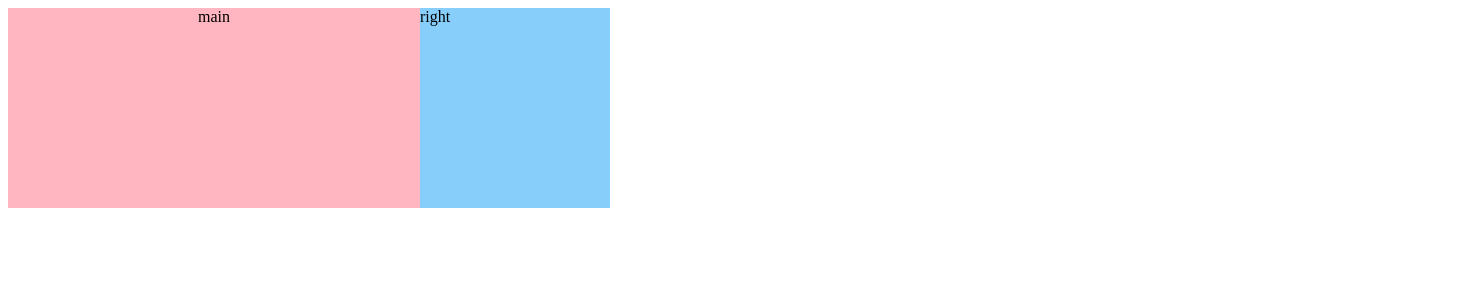
Repository: ljwrookie/Front-end-interview-handwritten-code
Page: 双飞翼布局.html
These files come from the project's save history. The page is drawn as it stood at one moment and after the next save; the edit follows.
The browser window is 1280 px wide. The page is 1280 px wide, then 1462 px, so the pictures cover 1462 px, including what lies to the right of the window. The pictures show the whole page.

Above is the page before, as saved 2022-04-07 14:15:43.

### 双飞翼布局.html
<!DOCTYPE html>
<html lang="en">
	<head>
		<meta charset="UTF-8" />
		<meta http-equiv="X-UA-Compatible" content="IE=edge" />
		<meta name="viewport" content="width=device-width, initial-scale=1.0" />
		<title>双飞翼布局</title>
		<style>
			.float {
				float: left;
			}
			#main {
				/* width: 80%; */
				height: 200px;
				/* margin: 0 190px 0 190px; */
				background-color: lightpink;
				/* overflow: auto; */
			}
			#main-wrap {
				/* width: 100%; */
				height: 100%;
				margin: 0 190px;
			}
			#left {
				width: 190px;
				height: 200px;
				background-color: lightsalmon;
				margin-left: -100%;
			}
			#right {
				width: 190px;
				height: 200px;
				background-color: lightskyblue;
				margin-right: -190px;
			}
		</style>
	</head>
	<body>
		<div id="main" class="float">
			<div id="main-wrap">main</div>
		</div>
		<div id="left" class="float">left</div>
		<div id="right" class="float">right</div>
	</body>
</html>

After the next save:
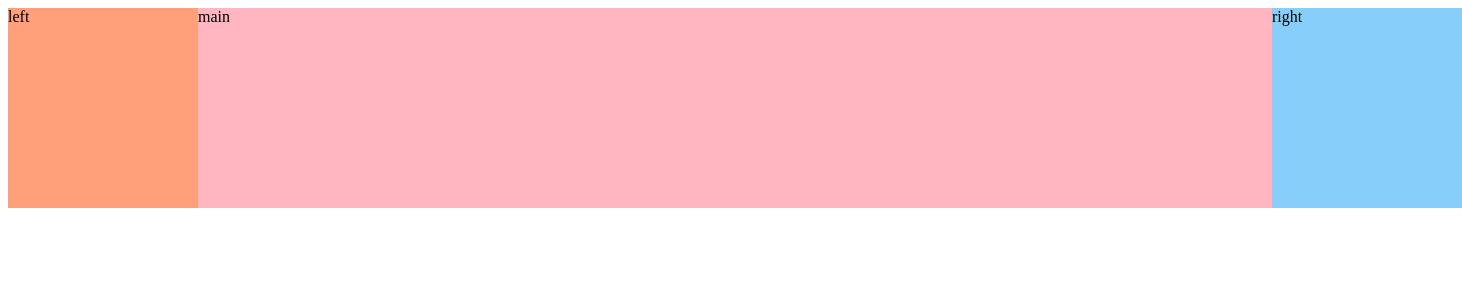
Saved 11 s later.
--- a/双飞翼布局.html
+++ b/双飞翼布局.html
@@ -10,7 +10,7 @@
 				float: left;
 			}
 			#main {
-				/* width: 80%; */
+				width: 100%;
 				height: 200px;
 				/* margin: 0 190px 0 190px; */
 				background-color: lightpink;
